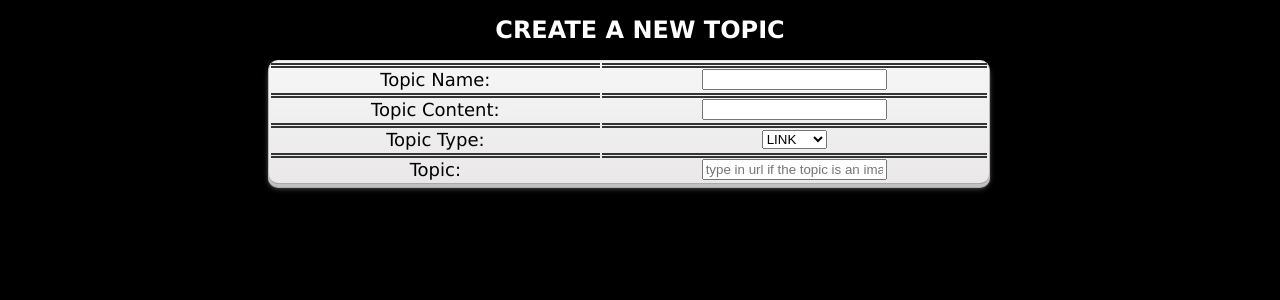
Repository: SuvakovSrdjan/WebForum
Page: http://localhost/Simple-web-forum/AddTopic.jsp
The author's editor kept a copy of each file at every save. The page is drawn from the files as they stood at one save, then again after the next save.
The browser window is 1280 px wide. The pictures show the whole page.
The page is served by Tomcat 9.

Above is the page before, as saved 2017-09-11 22:29:38.

After the next save:
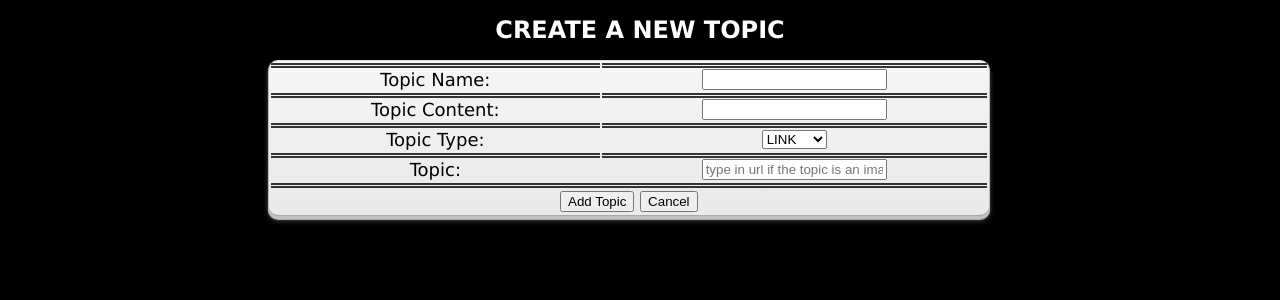
Saved 86 s later.
--- a/Simple-web-forum/WebContent/AddTopic.jsp
+++ b/Simple-web-forum/WebContent/AddTopic.jsp
@@ -32,6 +32,10 @@
 				<td>Topic:</td>
 				<td><input type="text" placeholder="type in url if the topic is an image or a site" name="topicUrl"></td>
 			</tr>
+			<tr>
+				<td colspan='2'><input type="submit" name="addTopic" value="Add Topic">
+				<input type="submit" name="cancel" value="Cancel">
+			</tr>
 		</table>
 </form>
 
